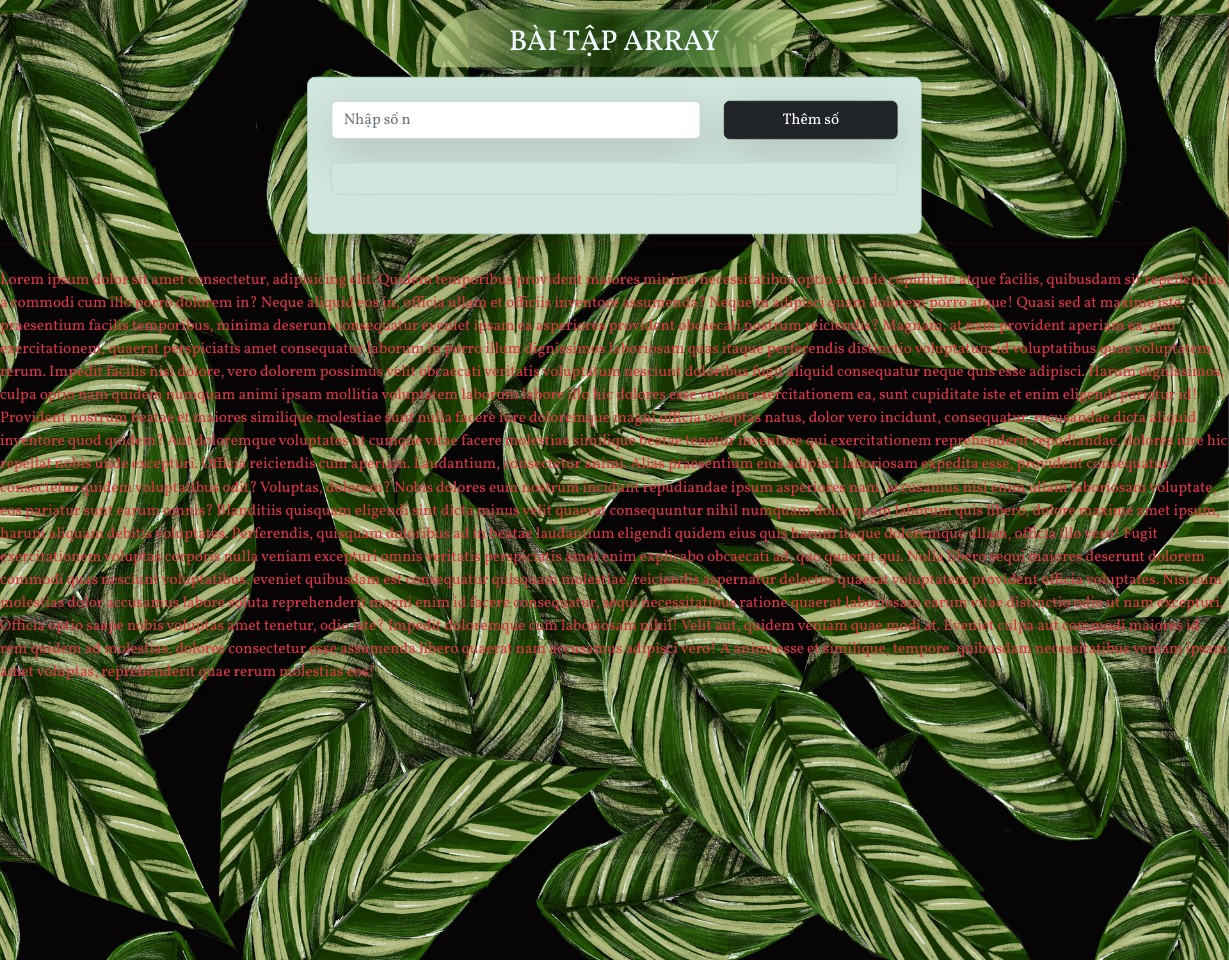
Repository: hcozyph/TranHuuPhuoc_BC43_BT_JS_Buoi7_8_ARRAY
Page: index.html
The author's editor kept a copy of each file at every save. The page is drawn from the files as they stood at one save, then again after the next save.
The browser window is 1280 px wide. The pictures show the whole page, at 96% of full size.
Backgrounds fixed to the window are drawn as part of the page.

Above is the page before, as saved 2023-02-21 11:01:18.

After the next save:
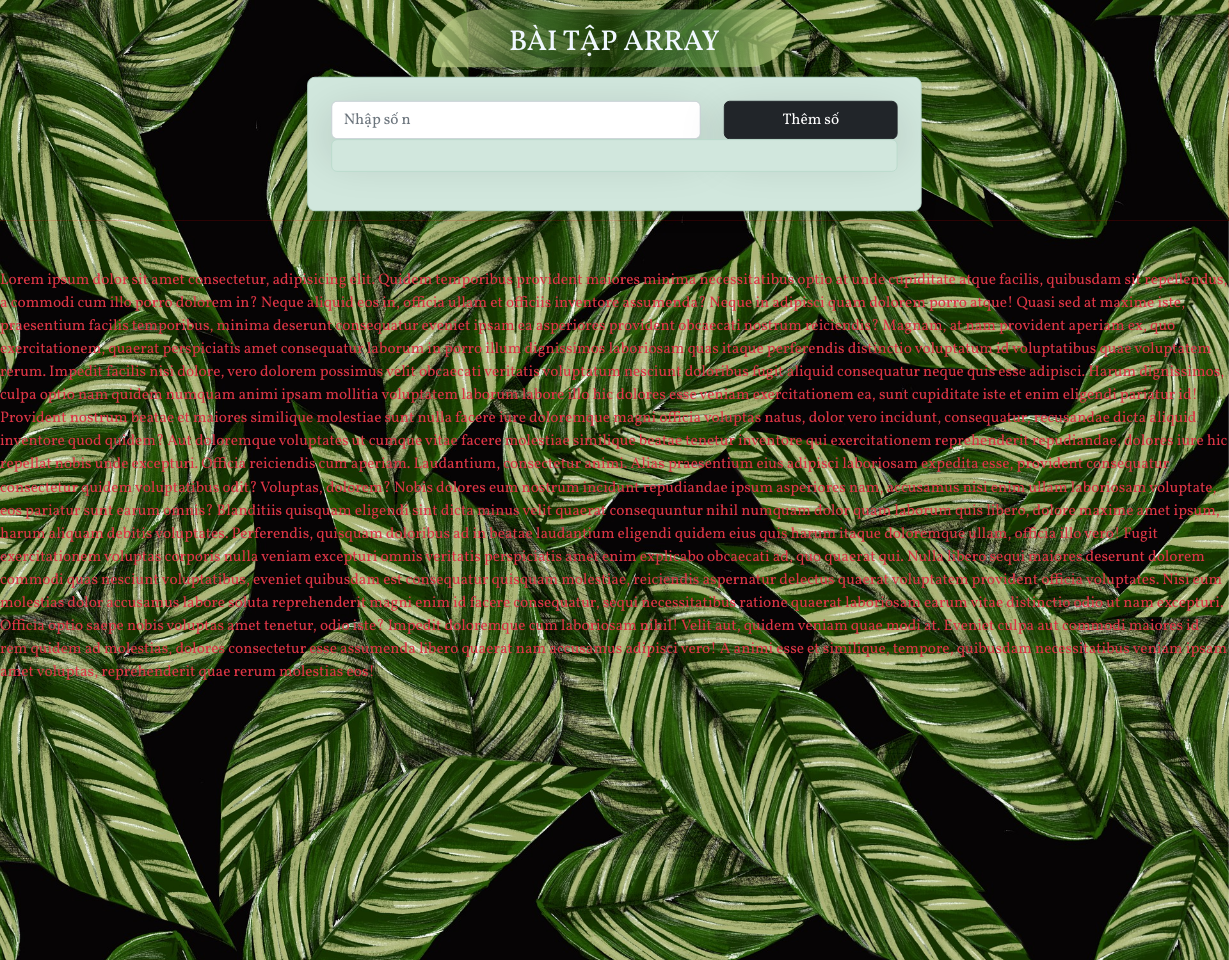
Saved 5 h 25 min later.
--- a/index.html
+++ b/index.html
@@ -66,12 +66,8 @@
                         </div>
                     </div>
 
-                    <div class="row mt-4">
-                        <div class="col">
-                            <div class="alert alert-success" role="alert">
-                                <span id="user-array"></span>
-                            </div>
-                        </div>
+                    <div class="alert alert-success" role="alert">
+                        <span id="user-array"></span>
                     </div>
                 </div>
             </div>
